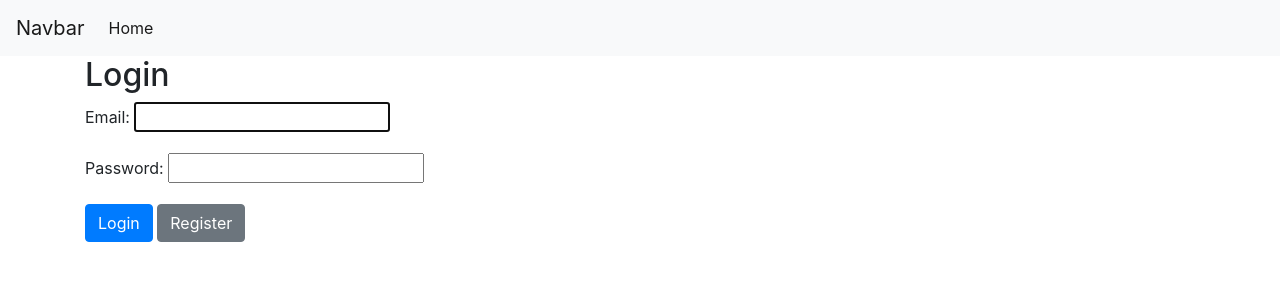
Repository: apps-eduard/TH_MONITORING_v1
Page: http://localhost/
These files come from the project's save history. The page is drawn as it stood at one moment and after the next save; the edit follows.
The browser window is 1280 px wide. The pictures show the whole page.
Some web libraries are served in a nearby version. The page is served by the project's application, run on Django 5.2 (manage.py).

Above is the page before, as saved 2024-03-26 10:37:56.

After the next save:
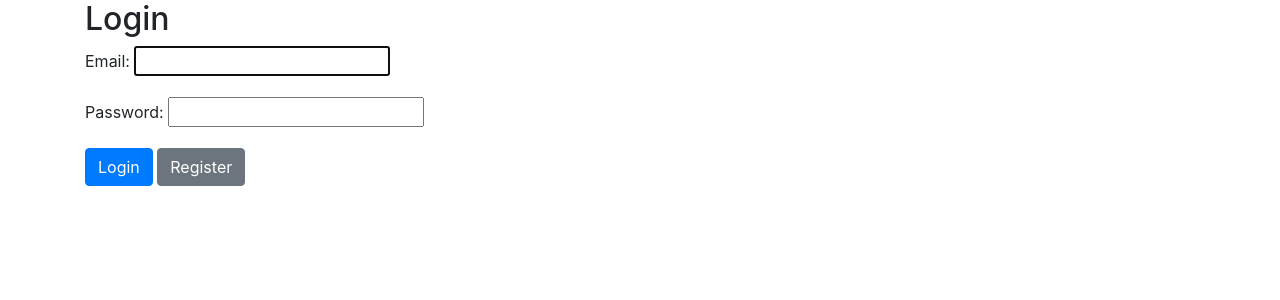
Saved 14 min 54 s later.
--- a/templates/base.html
+++ b/templates/base.html
@@ -7,21 +7,25 @@
     <link href="https://stackpath.bootstrapcdn.com/bootstrap/4.5.2/css/bootstrap.min.css" rel="stylesheet">
 </head>
 <body>
-<nav class="navbar navbar-expand-lg navbar-light bg-light">
-    <a class="navbar-brand" href="#">Navbar</a>
-    <button class="navbar-toggler" type="button" data-toggle="collapse" data-target="#navbarNav" aria-controls="navbarNav" aria-expanded="false" aria-label="Toggle navigation">
-        <span class="navbar-toggler-icon"></span>
-    </button>
-    <div class="collapse navbar-collapse" id="navbarNav">
-        <ul class="navbar-nav">
-            <li class="nav-item active">
-                <a class="nav-link" href="#">Home <span class="sr-only">(current)</span></a>
-            </li>
-            <!-- Add more navigation items here -->
-        </ul>
-    </div>
-</nav>
-
+    {% if show_navbar %}
+    <!-- Navbar -->
+    <nav class="navbar navbar-expand-lg navbar-light bg-light">
+        <a class="navbar-brand" href="#">ProjectName</a>
+        <button class="navbar-toggler" type="button" data-toggle="collapse" data-target="#navbarNav" aria-controls="navbarNav" aria-expanded="false" aria-label="Toggle navigation">
+            <span class="navbar-toggler-icon"></span>
+        </button>
+        <div class="collapse navbar-collapse" id="navbarNav">
+            <ul class="navbar-nav">
+                <li class="nav-item active">
+                    <a class="nav-link" href="#">Home <span class="sr-only">(current)</span></a>
+                </li>
+                <li class="nav-item">
+                    <a class="nav-link" href="#">Features</a>
+                </li>
+            </ul>
+        </div>
+    </nav>
+    {% endif %}
 {% block content %}
 {% endblock %}
 
